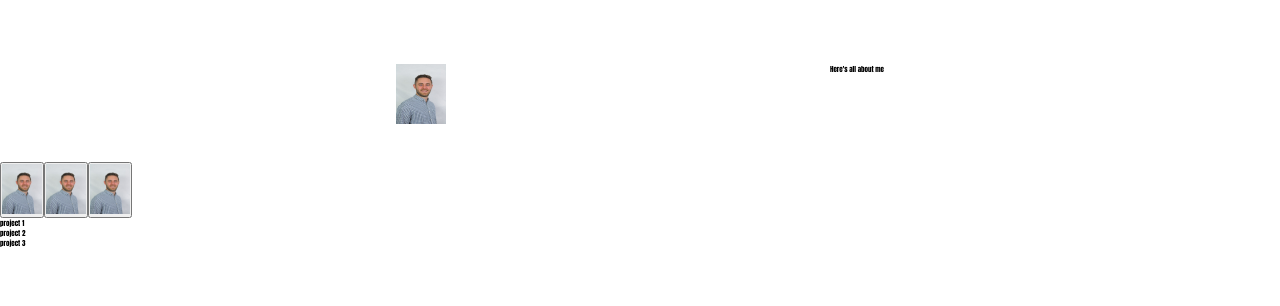
Repository: Kobramall/portfolio-project
Page: /portfolio
These files come from the project's save history. The page is drawn as it stood at one moment and after the next save; the edit follows.
The browser window is 1280 px wide. The pictures show the whole page.
The project was rebuilt for these pictures with package versions that can differ from the ones it lists, and the page was loaded fresh each time. Also part of the build but not shown: src/App.css, src/componets/Main.jsx. Imported but missing from the stored project, and not drawn on this page: src/assets/Landscape.mov.

Above is the page before, as saved 2022-11-01 15:21:09.

### src/index.css
*{
  margin:0;
  padding: 0;
  font-family: Impact, Haettenschweiler, 'Arial Narrow Bold', sans-serif;
}


.main{
  width: 100%;
  height: 100%;
}

video{
  width: 100%;
  height: 100%;
  object-fit: cover;
}

.content{
  position: absolute;
  width: 100%;
  height: 100%;
  top:0;
  display: flex;
  flex-direction: column;
  justify-content: center;
  align-items: center;
  color: azure;
  font-size: 6px;
}
.content button{
  color:azure;
  background-color: #fff;
  background-color: rgba(255, 255, 255, 0.5);
  font-size: 7px;
  border-color: transparent;
}

.content button:hover{
  background-color: lightblue;
}

.overlay{
  position: absolute;
  top: 0;
  left: 0;
  width: 100%;
  height: 100%;
}

.intro{
  margin-top: 5%;
  display: flex;
  justify-content: center;
  margin-bottom: 3%;
}

.intro img{
  margin-right: 30%;
}

### src/App.js
import './App.css';
import Main from './componets/Main'
import Portfolio from './componets/Portfolio';
import {BrowserRouter as Router, Routes, Route } from "react-router-dom";

function App() {
  return (
    <Router>
      <Routes>
        <Route path="/" element={<Main />} />
        <Route path="/portfolio" element={<Portfolio />} />
       </Routes>
    </Router>
  )
}

export default App;

### src/componets/Portfolio.jsx
import React from'react'
import Img from '../assets/IMG-3147.jpg'
import '../Portfolio.css'


const Portfolio = () =>{
    return(
        <div className='portfolio'>
            <div className='intro'>
               <img src={Img} alt="Profile Picture" width="50" height="60"/>
               <p>Here's all about me</p>
            </div>
            <div className='projectLinks'>
                    <a href="https://github.com/Kobramall" ><button><img src={Img} alt="filler pics" width="40" height="50"/></button></a>
                    <a href="https://github.com/Kobramall" ><button><img src={Img} alt="filler pics" width="40" height="50"/></button></a>
                    <a href="https://github.com/Kobramall" ><button><img src={Img} alt="filler pics" width="40" height="50"/></button></a>
            </div>
            <div className='projectDes'>
                   <p>project 1</p>
                   <p>project 2</p>
                   <p>project 3</p>
            </div>
            <footer>

            </footer>
        </div>
    )
}

export default Portfolio

### src/Portfolio.css
*{
    font-size: 7px;
}

Loaded but not shown: public/index.html (common file); src/index.js (common file); src/reportWebVitals.js (common file)

After the next save:
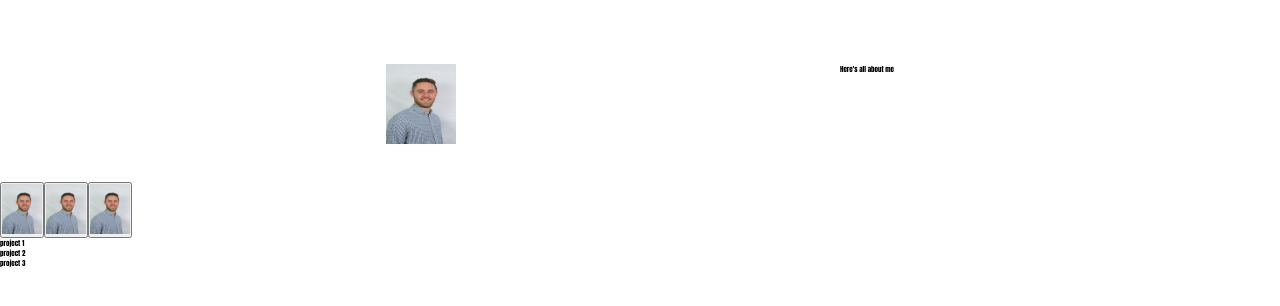
Saved 25 s later.
--- a/src/componets/Portfolio.jsx
+++ b/src/componets/Portfolio.jsx
@@ -7,7 +7,7 @@ const Portfolio = () =>{
     return(
         <div className='portfolio'>
             <div className='intro'>
-               <img src={Img} alt="Profile Picture" width="50" height="60"/>
+               <img src={Img} alt="Profile Picture" width="70" height="80"/>
                <p>Here's all about me</p>
             </div>
             <div className='projectLinks'>
